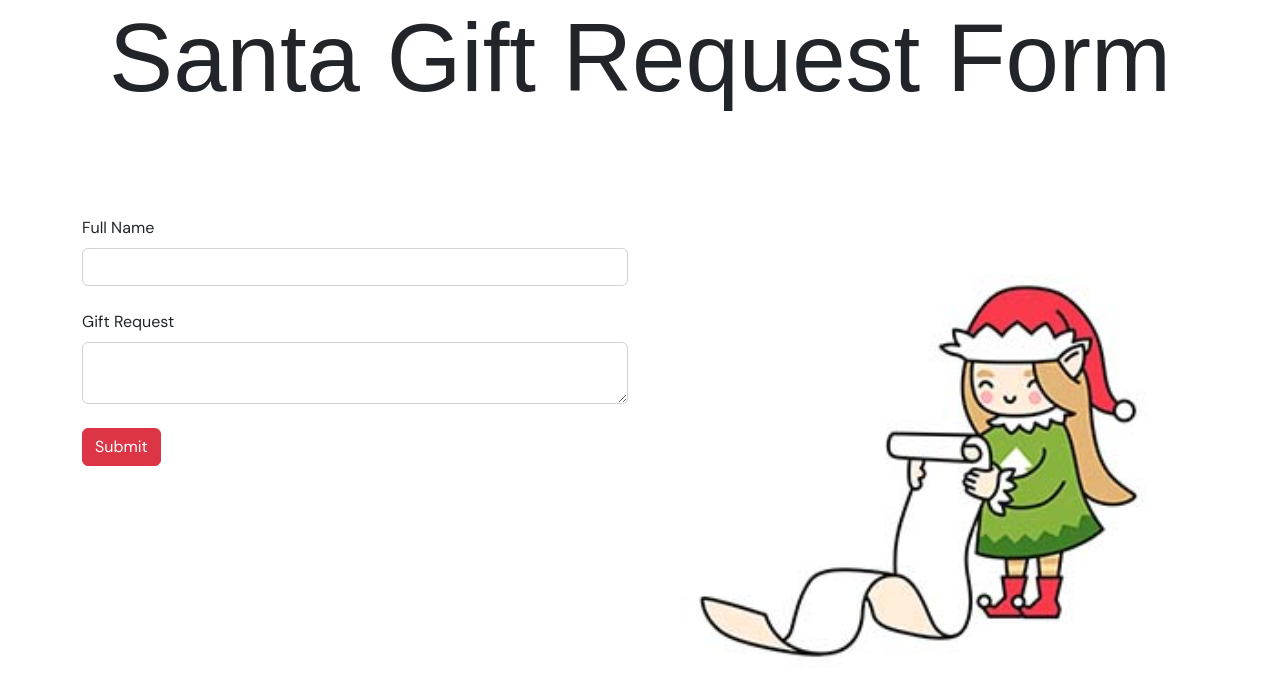
Repository: sarahlochhead/check-santas-list
Page: check-santas-list.html
An editor plug-in stored every save of this project. The page is shown before and after a run of saves, followed by the edit.
The browser window is 1280 px wide. The pictures show the whole page.
Some web fonts or font styles are not loaded; a fallback is used.

Above is the page before, as saved 2023-12-04 19:37:03.

### check-santas-list.html
<!DOCTYPE html>
<html lang="en">

<head>
    <meta charset="utf-8">
    <meta name="viewport" content="width=device-width, initial-scale=1, shrink-to-fit=no">
    <title>Santa Gift Request Form</title>
    <!-- Bootstrap CSS -->
    <link href="https://cdn.jsdelivr.net/npm/bootstrap@5.2.3/dist/css/bootstrap.min.css" rel="stylesheet"
        integrity="sha384-rbsA2VBKQhggwzxH7pPCaAqO46MgnOM80zW1RWuH61DGLwZJEdK2Kadq2F9CUG65" crossorigin="anonymous">
    <!-- Custom CSS -->
    <link href="css/styles.css" rel="stylesheet" />

</head>

<body class="santa">
    <main>
        <header>
            <h1 class="mb-0 text-center">Santa Gift Request Form</h1>
        </header>
        <div class="container">
            <section class="row">
                <form class="col">
                    <div class="mb-4">
                        <label for="fullName" class="form-label">Full Name</label>
                        <input type="text" class="form-control" id="fullName">
                    </div>
                    <div class="mb-4">
                        <label for="giftRequest" class="form-label">Gift Request</label>
                        <textarea class="form-control" id="giftRequest"></textarea>
                    </div>
                    <button type="submit" class="btn btn-danger">Submit</button>
                </form>

                <img class="col" src="./images/christmas-elf-with-list.jpg"
                    alt="A cartoon Christmas elf smiles while reading a long scroll-like list.">
            </section>

            <div class="progress mt-4 mb-4" style="height: 50px;" hidden>
                <div class="progress-bar bg-info progress-bar-striped progress-bar-animated" role="progressbar"
                    aria-label="Santa Gift Request Progress Bar" style="width:25%;" aria-valuenow="25" aria-valuemin="0"
                    aria-valuemax="100" hidden>Routed to North Pole</div>
                <div class="progress-bar bg-success progress-bar-striped progress-bar-animated" role="progressbar"
                    aria-label="Long Read Progress Bar" style="width:15%;" aria-valuenow="15" aria-valuemin="0"
                    aria-valuemax="100" hidden>Elf Verification</div>
                <div class="progress-bar bg-danger progress-bar-striped progress-bar-animated" role="progressbar"
                    aria-label="Long Read Progress Bar" style="width:35%;" aria-valuenow="35" aria-valuemin="0"
                    aria-valuemax="100" hidden>Santa Validation</div>
                <div class="progress-bar bg-warning progress-bar-striped progress-bar-animated" role="progressbar"
                    aria-label="Long Read Progress Bar" style="width:25%;" aria-valuenow="25" aria-valuemin="0"
                    aria-valuemax="100" hidden>Displaying Results</div>
            </div> <!-- .progress -->

            <!-- Nice -->
            <section id="nice" class="text-center" hidden>
                <h2>Congratulations! You're on the Nice List</h2>
                <p>
                    Your really outdid yourself this year!
                </p>
                <img src="./images/gift.jpg" alt="An open cartoon gift box with
    confetti and stars coming out of it." class="d-inine-block">
                <p>
                    You can expect your gift to arrive on the evening of December 24th between 7:00pm and 11:59pm. To ensure
                    a frictionless delivery, please make sure to be asleep during this delivery window and remit the milk
                    and cookie compensation on a surface close to your Christmas tree.
                </p>
                <p>
                    Thanks for believing in us for all your Christmas magic!
                </p>
            </section>
            <!-- Naughty -->
            <section id="naughty" class="text-center" hidden>
                <h2>Sorry. You're on the Naughty List</h2>
                <p>
                    Well, unfortunately we are unable to process your request at this time. Please ... do better and try
                    again next year.
                </p>
                <img src="./images/coal.jpg" alt="A cartoon gift box containing several lumps of coal"
                    class="d-inline-block">
                <p>
                    You can, however, expect to find a lump of coal as symbolic gesture to further disparage you for your
                    infractions against niceness. To start the year off in the right direction, we ask that you continue to
                    remit milk and cookie compensation on the evening on December 24th.
                </p>
            </section>
        </div> <!-- .container -->
    </main>
    <!-- Bootstrap JS -->
    <script src="https://cdn.jsdelivr.net/npm/bootstrap@5.2.3/dist/js/bootstrap.bundle.min.js"></script>
    <!-- Custom JS -->
    <script src="js/custom.js"></script>
</body>
</html>

### css/styles.css
@charset "utf-8";
@import url('https://fonts.googleapis.com/css2?family=DM+Sans:opsz@9..40&family=Rochester&display=swap');

/* general styles */
html {
    margin: 0;
}

body {
font-family: 'DM Sans', sans-serif;
}

h1, h2, h3 {
    font-family: 'Rochester', cursive, sans-serif;
}

/* background */


/* header */

h1 {
    font-size: 6rem;
    height: 30vh;
}

### js/custom.js
// Custom JavaScript
const form = document.querySelector("form");

const progressBarOuter = document.querySelector(".progress");

const progressBarOne = document.querySelector(".progress-bar:nth-of-type(1)");
const progressBarTwo = document.querySelector(".progress-bar:nth-of-type(2)");
const progressBarThree = document.querySelector(".progress-bar:nth-of-type(3)");
const progressBarFour = document.querySelector(".progress-bar:nth-of-type(4)");

const nice = document.querySelector("#nice");
const naughty = document.querySelector("#naughty");
const possibleResults = [nice, naughty];




// the function incrementally toggles the class from hidden to visible first on the whole .progress and then on each part of the .progress-bar

// then it will choose either #nice or #naughty at random and toggle hidden to visible
// when the form is submitted trigger the event function
addEventListener('submit', (event) => {
    // prevent form default behaviour (which refreshes the page)
    event.preventDefault();
    // incrementally remove the hidden attribute on each part of the progress bar.
    progressBarOuter.removeAttribute("hidden");
    setTimeout(() => {progressBarOne.removeAttribute("hidden")}, 1500);
    setTimeout(() => {progressBarTwo.removeAttribute("hidden")}, 4500);setTimeout(() => {progressBarThree.removeAttribute("hidden")}, 7500);
    setTimeout(() => {progressBarFour.removeAttribute("hidden")}, 9500);

    // choose a response at random from the results array and display it.
    const result = Math.floor(Math.random()* possibleResults.length);
    console.log(result);
    setTimeout(() => {possibleResults[result].removeAttribute("hidden");}, 9999);

});

After the next 2 saves:
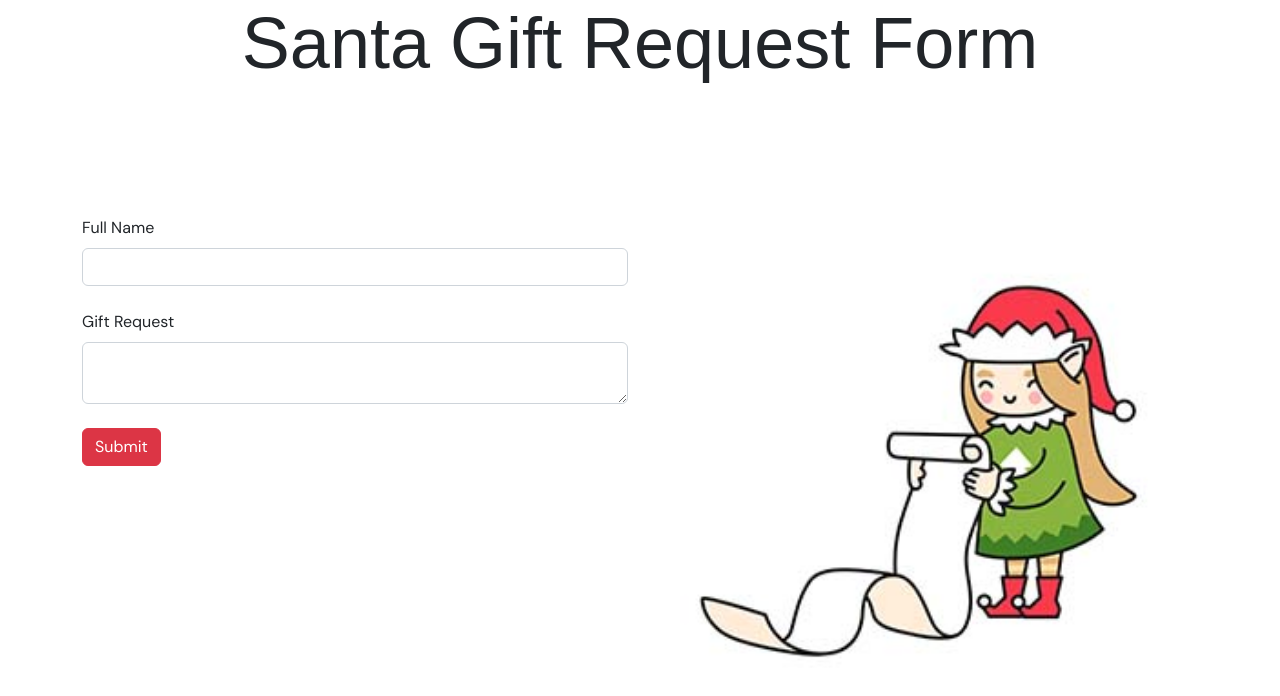
The 2 saves are shown as one change because they came seconds apart.
The last was saved 100 s later.
--- a/css/styles.css
+++ b/css/styles.css
@@ -20,6 +20,6 @@ h1, h2, h3 {
 /* header */
 
 h1 {
-    font-size: 6rem;
+    font-size: 4.5rem;
     height: 30vh;
 }
